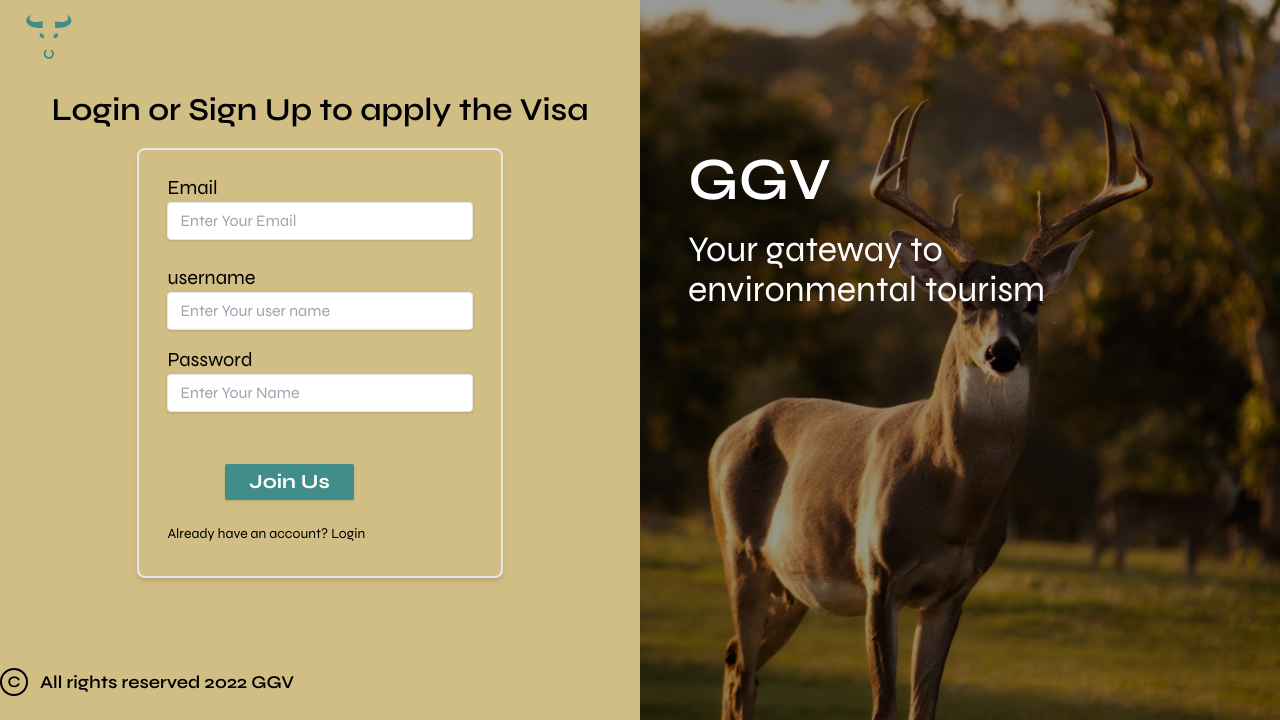
Repository: EngrAhmadUmar/landing-page
Page: /register
The author's editor kept a copy of each file at every save. The page is drawn from the files as they stood at one save, then again after the next save.
The browser window is 1280 px wide. The pictures show the whole page.
The project was rebuilt for these pictures with package versions that can differ from the ones it lists, and the page was loaded fresh each time. The framework's server and built-in components were replaced by stand-ins that run in the browser. Also part of the build but not shown: next.config.js, styles/Home.module.css, src/Queries/conservationAreas.jsx, src/mutations/ApplyVisa.js, src/Queries/areaOfConservationQuery.js, src/Components/GetConservationAreas.js, src/Components/ApplyPageComponents/ApplyForm.jsx, src/Components/ApplyPageComponents/FormButton.jsx and 1 more.

Above is the page before, as saved 2022-07-12 09:51:49.

After the next save:
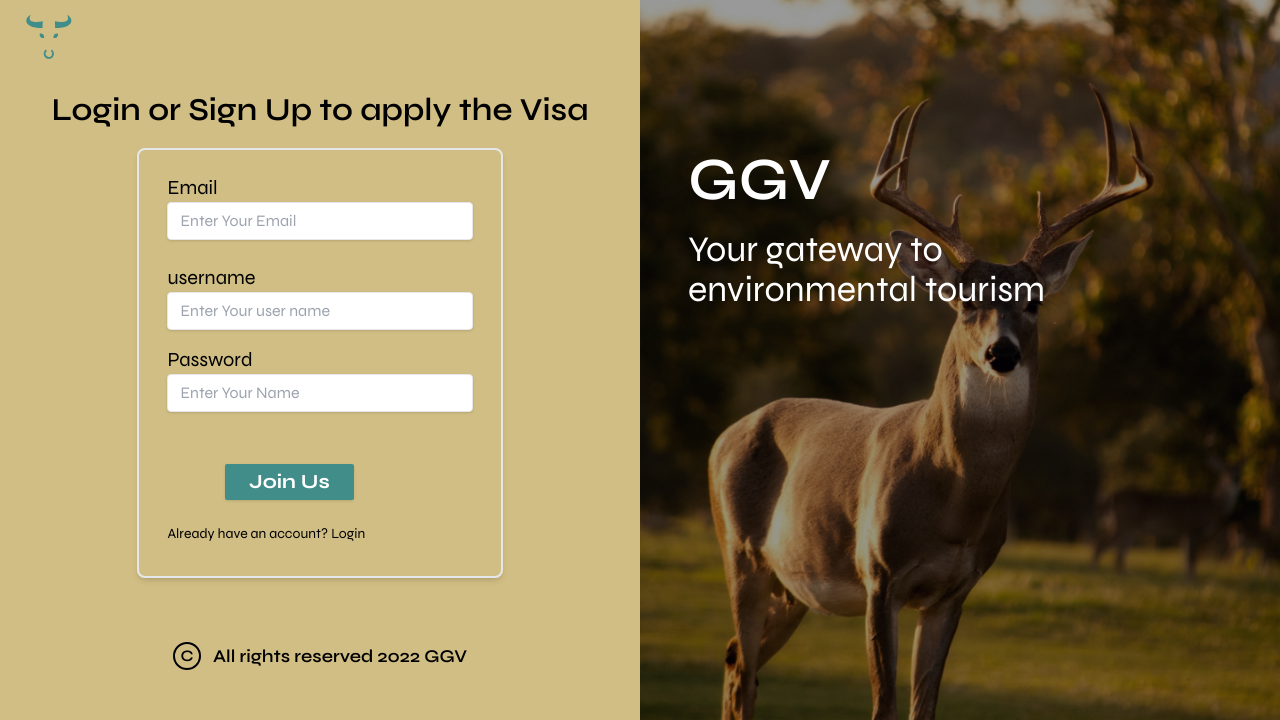
Saved 15 s later.
--- a/src/Components/ApplyPageComponents/RegisterForm.jsx
+++ b/src/Components/ApplyPageComponents/RegisterForm.jsx
@@ -119,7 +119,7 @@ const JoinUs = () => {
             </form>
           </div>
 
-          <div className=" font-semibold flex justify-center items-center gap-3 mt-[3rem] mb-6 absolute bottom-0 items-center">
+          <div className=" font-semibold flex justify-center items-center gap-3 mt-[3rem] mb-6 bottom-0">
             <div className="text-md border-solid border-2 rounded-full w-5 h-5 flex justify-center items-center border-black p-3">
               C
             </div>

After the save that followed:
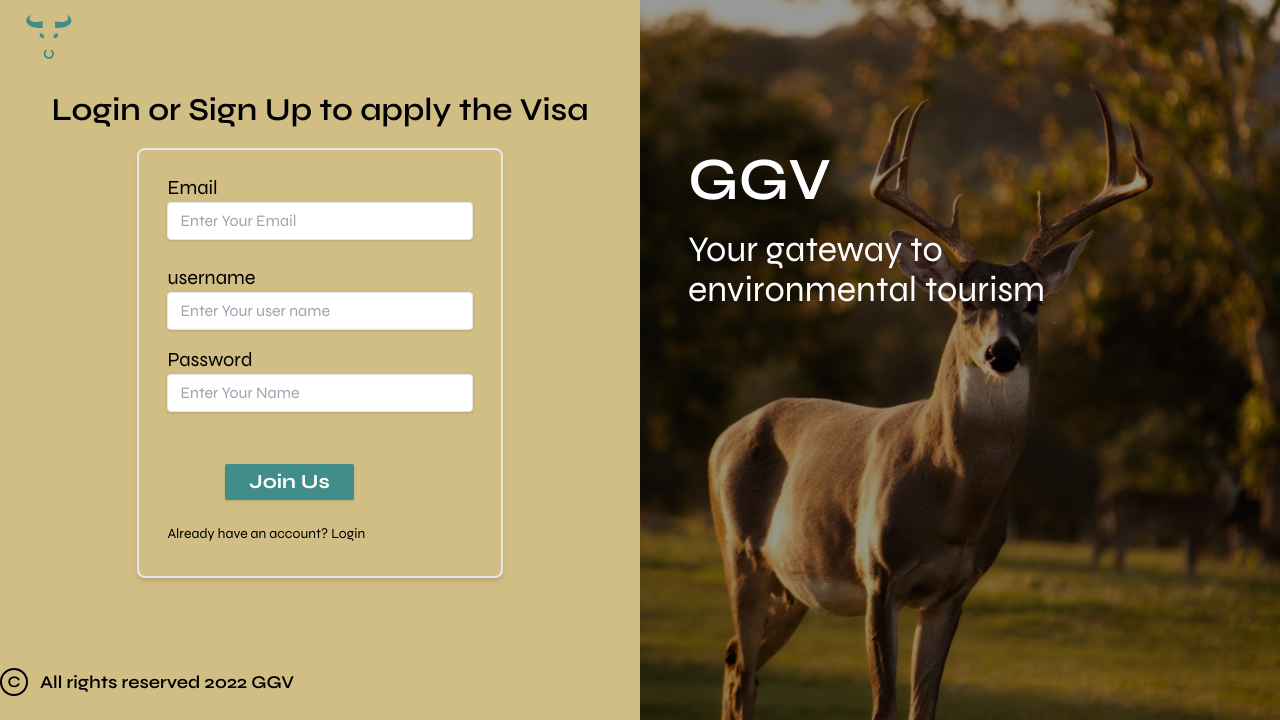
Saved 11 s later.
--- a/src/Components/ApplyPageComponents/RegisterForm.jsx
+++ b/src/Components/ApplyPageComponents/RegisterForm.jsx
@@ -119,7 +119,7 @@ const JoinUs = () => {
             </form>
           </div>
 
-          <div className=" font-semibold flex justify-center items-center gap-3 mt-[3rem] mb-6 bottom-0">
+          <div className=" font-semibold flex justify-center items-center gap-3 mt-[3rem] mb-6 absolute bottom-0">
             <div className="text-md border-solid border-2 rounded-full w-5 h-5 flex justify-center items-center border-black p-3">
               C
             </div>
